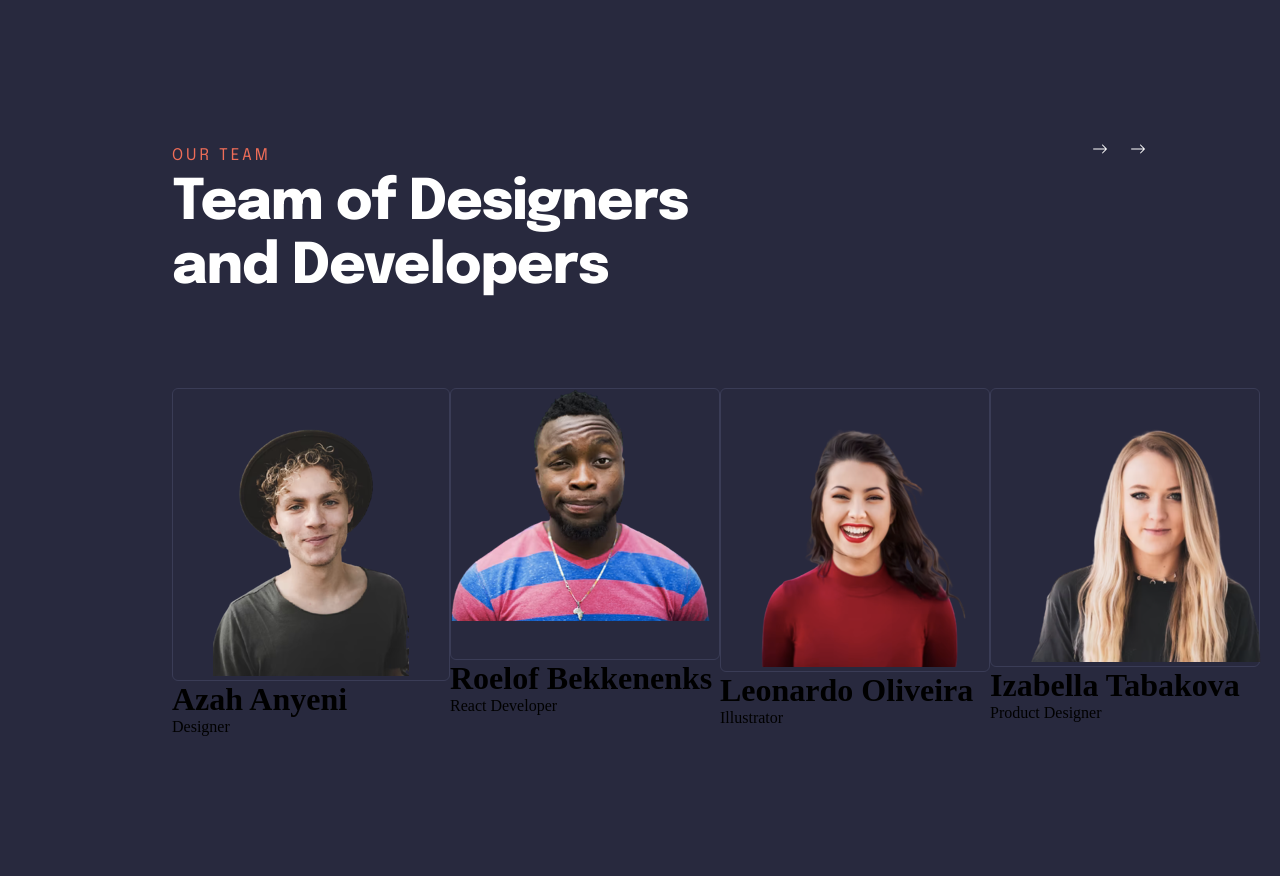
Repository: AytacJafarova/web-site
Page: index.html
The author's editor kept a copy of each file at every save. The page is drawn from the files as they stood at one save, then again after a run of saves.
The browser window is 1280 px wide. The pictures show the whole page.

Above is the page before, as saved 2023-08-15 14:42:37.

After the next 2 saves:
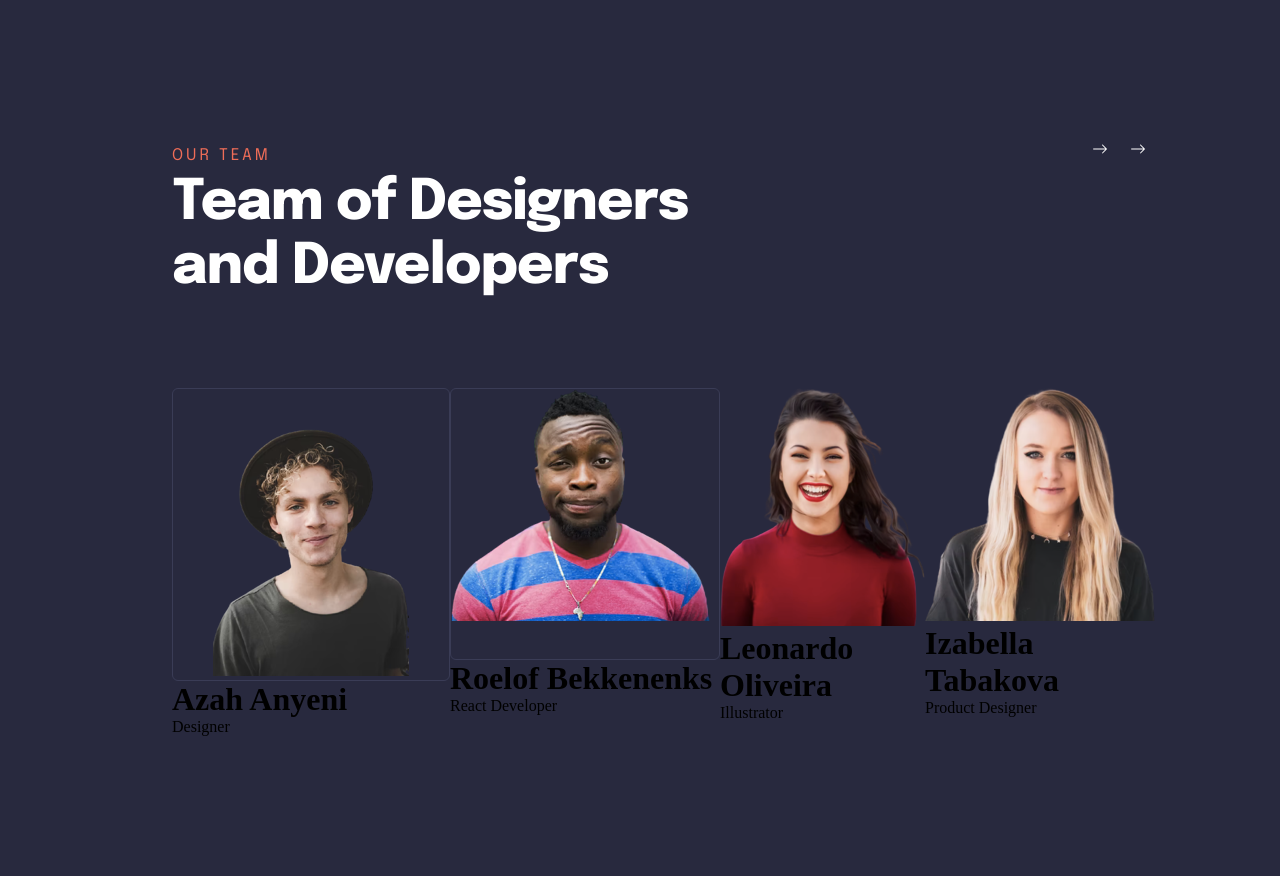
The 2 saves are shown as one change because they came seconds apart.
The last was saved 16 s later.
--- a/index.css
+++ b/index.css
@@ -72,20 +72,9 @@
   height: 238px;
 
 }
-.developers ul li .img3 .border {
-  padding: 40px 40px 0 40px;
-  width: 270px;
-  border-radius: 6px;
-  border: 1px solid #3a3c56;
-}
+
 .developers ul li .img4 img {
   width: 230px;
   height: 233px;
   flex-shrink: 0;
 }
-.developers ul li .img4 .border {
-  padding: 40px 40px 0 40px;
-  width: 270px;
-  border-radius: 6px;
-  border: 1px solid #3a3c56;
-}
